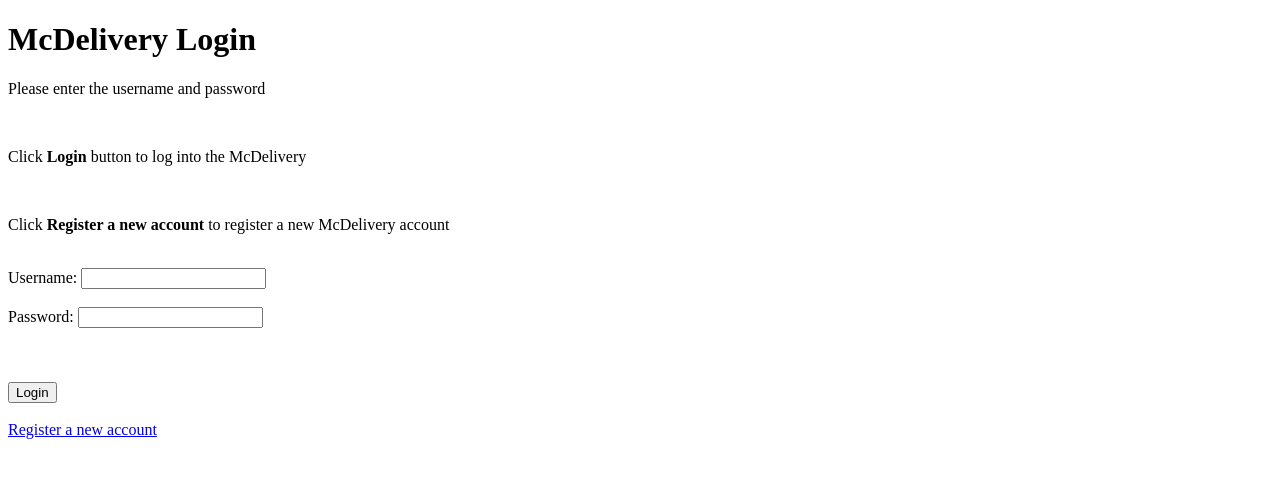
Repository: Jeck97/Mcdonald-Delivery-System
Page: http://localhost/McDelivery/login/loginForm.jsp
The author's editor kept a copy of each file at every save. The page is drawn from the files as they stood at one save, then again after the next save.
The browser window is 1280 px wide. The pictures show the whole page.
The page is served by Tomcat 9.

Above is the page before, as saved 2020-07-10 07:34:36.

After the next save:
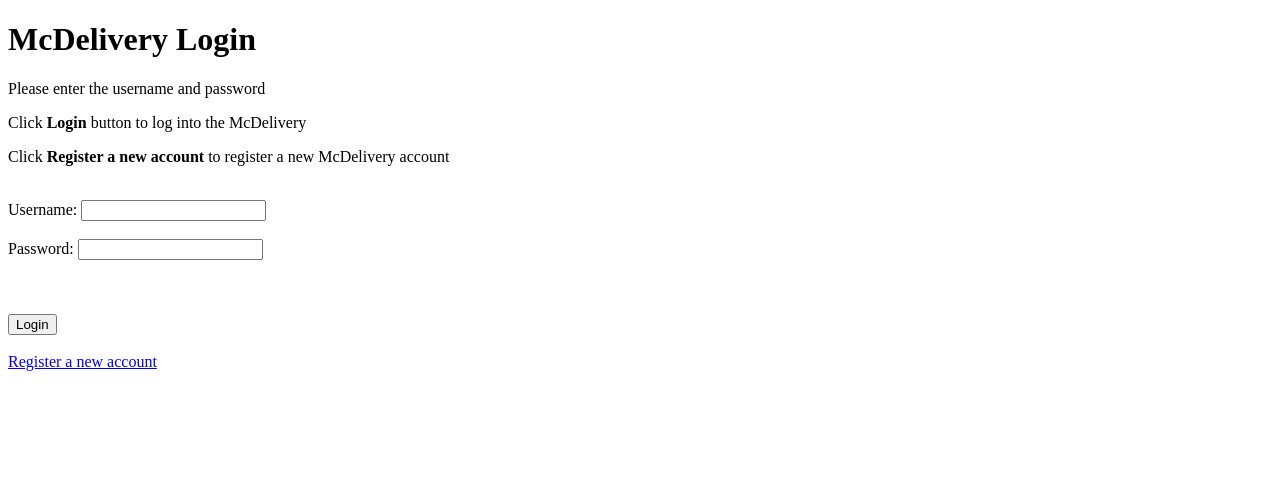
Saved 17 s later.
--- a/McDelivery/WebContent/login/loginForm.jsp
+++ b/McDelivery/WebContent/login/loginForm.jsp
@@ -10,8 +10,8 @@
 
 	<h1>McDelivery Login</h1>
 
-	<p>Please enter the username and password<p><br>
-	<p>Click <b>Login</b> button to log into the McDelivery</p><br>
+	<p>Please enter the username and password<p>
+	<p>Click <b>Login</b> button to log into the McDelivery</p>
 	<P>Click <b>Register a new account</b> to register a new McDelivery account</P>
 
 
